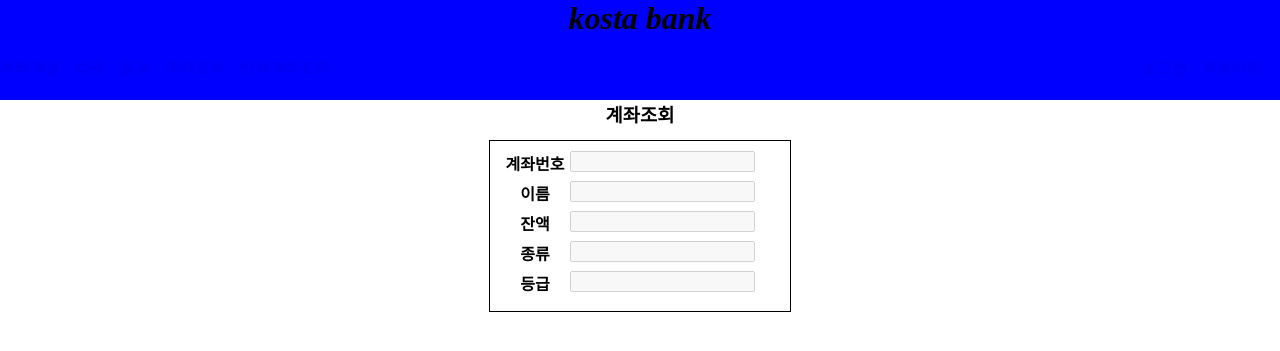
Repository: serendipity63/Springboot-workspace
Page: http://localhost/bankboot/WEB-INF/views/accountinfo.jsp
The author's editor kept a copy of each file at every save. The page is drawn from the files as they stood at one save, then again after the next save.
The browser window is 1280 px wide. The pictures show the whole page.
The page is served by Tomcat 9. Nobody is signed in. The template is opened directly, without the code that normally fills it, so the values that code supplies are empty.

Above is the page before, as saved 2023-11-09 03:35:48.

After the next save:
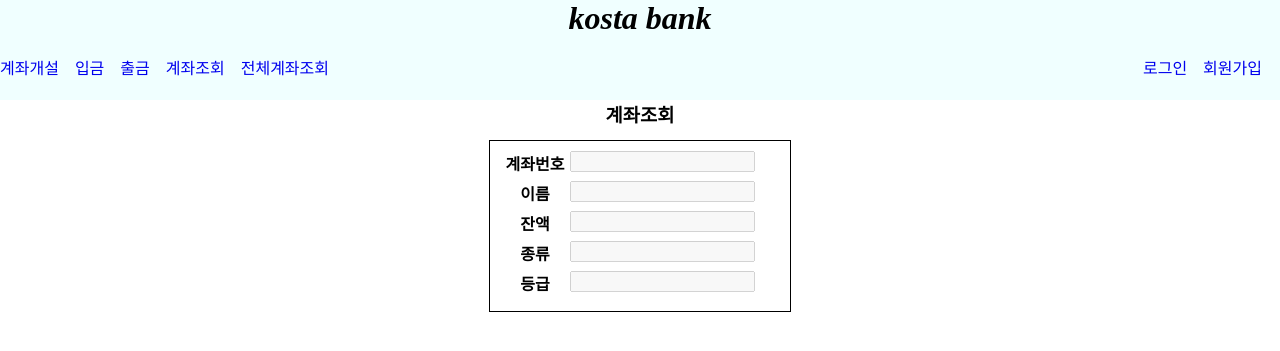
Saved 33 s later.
--- a/bankboot/src/main/webapp/WEB-INF/views/header.jsp
+++ b/bankboot/src/main/webapp/WEB-INF/views/header.jsp
@@ -18,7 +18,7 @@ a {
 .outerDiv {
 	width: 100%;
 	height: 100px;
-	background-color: blue;
+	background-color: #F0FFFF;
 }
 </style>
 <div class="outerDiv">
